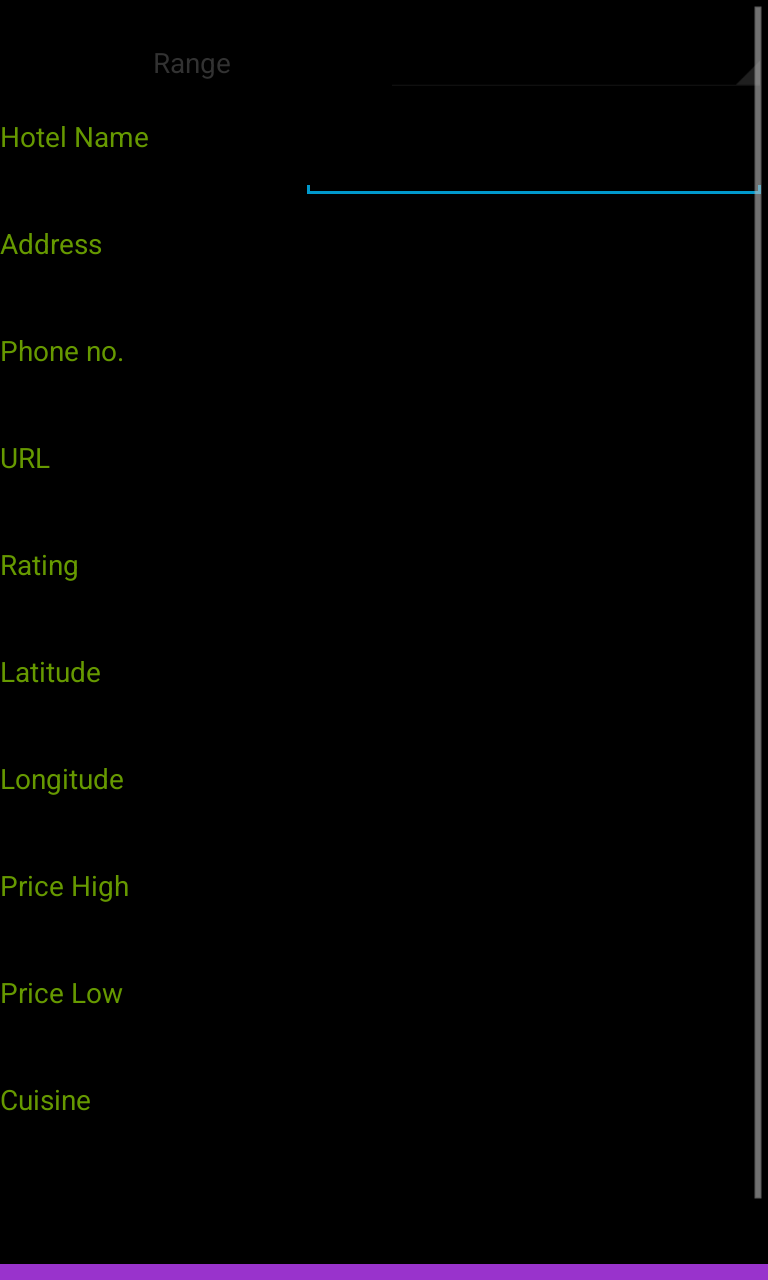
Repository: AungWinnHtut/projAndroid
Layout: com.engineer4myanmar.json.MainActivity/res/layout/activity_admin.xml
These files come from the project's save history. The layout is drawn as it stood at one moment and after the next save; the edit follows.
It is drawn on a 768 x 1280 px phone screen (xhdpi) without system bars, with theme AppTheme; the app's code is not run.

Above is the layout before, as saved 2015-08-26 20:31:53.

### com.engineer4myanmar.json.MainActivity/res/layout/activity_admin.xml
<LinearLayout xmlns:android="http://schemas.android.com/apk/res/android"
    xmlns:tools="http://schemas.android.com/tools"
    android:layout_width="match_parent"
    android:layout_height="match_parent"
    android:background="#000"
    android:orientation="vertical" >

    <ScrollView
        android:id="@+id/scrollView1"
        android:layout_width="match_parent"
        android:layout_height="match_parent" >

        <LinearLayout
            android:layout_width="match_parent"
            android:layout_height="match_parent"
            android:orientation="vertical" >
            <LinearLayout
        android:layout_width="match_parent"
        android:layout_height="wrap_content"
        android:layout_marginTop="15dp"
        android:orientation="horizontal" >

        <TextView
            android:layout_width="0dp"
            android:layout_height="wrap_content"
            android:layout_gravity="center"
            android:layout_weight="1"
            android:gravity="center"
            android:text="Range" />

        <Spinner
            android:id="@+id/spRange"
            android:layout_width="0dp"
            android:layout_height="wrap_content"
            android:layout_gravity="center"
            android:layout_weight="1"
            android:entries="@array/range_arrays"
            android:gravity="center"
            android:prompt="@string/range_prompt" />
    </LinearLayout>

            <LinearLayout
                android:layout_width="match_parent"
                android:layout_height="wrap_content"
                android:orientation="horizontal" >

                <TextView
                    android:id="@+id/textView1"
                    android:layout_width="150dp"
                    android:layout_height="wrap_content"
                    android:text="Hotel Name"
                    android:textColor="#669900" />

                <EditText
                    android:id="@+id/etHotelname"
                    android:layout_width="0dp"
                    android:layout_height="wrap_content"
                    android:layout_marginTop="14dp"
                    android:layout_weight="1"
                    android:ems="10"
                    android:textColor="#ffbb33" >

                    <requestFocus />
                </EditText>
            </LinearLayout>

            <LinearLayout
                android:layout_width="match_parent"
                android:layout_height="wrap_content"
                android:orientation="horizontal" >

                <TextView
                    android:id="@+id/textView2"
                    android:layout_width="150dp"
                    android:layout_height="wrap_content"
                    android:text="Address"
                    android:textColor="#669900" />

                <EditText
                    android:id="@+id/etAddress"
                    android:layout_width="0dp"
                    android:layout_height="wrap_content"
                    android:layout_marginTop="14dp"
                    android:layout_weight="1"
                    android:ems="10"
                    android:textColor="#ffbb33" />
            </LinearLayout>

            <LinearLayout
                android:layout_width="match_parent"
                android:layout_height="wrap_content"
                android:orientation="horizontal" >

                <TextView
                    android:id="@+id/textView3"
                    android:layout_width="150dp"
                    android:layout_height="wrap_content"
                    android:text="Phone no."
                    android:textColor="#669900" />

                <EditText
                    android:id="@+id/etPhone"
                    android:layout_width="0dp"
                    android:layout_height="wrap_content"
                    android:layout_marginTop="14dp"
                    android:layout_weight="1"
                    android:ems="10"
                    android:textColor="#ffbb33" />
            </LinearLayout>

            <LinearLayout
                android:layout_width="match_parent"
                android:layout_height="wrap_content"
                android:orientation="horizontal" >

                <TextView
                    android:id="@+id/textView4"
                    android:layout_width="150dp"
                    android:layout_height="wrap_content"
                    android:text="URL"
                    android:textColor="#669900" />

                <EditText
                    android:id="@+id/etUrl"
                    android:layout_width="0dp"
                    android:layout_height="wrap_content"
                    android:layout_marginTop="14dp"
                    android:layout_weight="1"
                    android:ems="10"
                    android:textColor="#ffbb33" />
            </LinearLayout>

            <LinearLayout
                android:layout_width="match_parent"
                android:layout_height="wrap_content"
                android:orientation="horizontal" >

                <TextView
                    android:id="@+id/textView5"
                    android:layout_width="150dp"
                    android:layout_height="wrap_content"
                    android:text="Rating"
                    android:textColor="#669900" />

                <EditText
                    android:id="@+id/etRating"
                    android:layout_width="0dp"
                    android:layout_height="wrap_content"
                    android:layout_marginTop="14dp"
                    android:layout_weight="1"
                    android:ems="10"
                    android:textColor="#ffbb33" />
            </LinearLayout>

            <LinearLayout
                android:layout_width="match_parent"
                android:layout_height="wrap_content"
                android:orientation="horizontal" >

                <TextView
                    android:id="@+id/textView6"
                    android:layout_width="150dp"
                    android:layout_height="wrap_content"
                    android:text="Latitude"
                    android:textColor="#669900" />

                <EditText
                    android:id="@+id/etLat"
                    android:layout_width="0dp"
                    android:layout_height="wrap_content"
                    android:layout_marginTop="14dp"
                    android:layout_weight="1"
                    android:ems="10"
                    android:textColor="#ffbb33" />
            </LinearLayout>

            <LinearLayout
                android:layout_width="match_parent"
                android:layout_height="wrap_content"
                android:orientation="horizontal" >

                <TextView
                    android:id="@+id/textView7"
                    android:layout_width="150dp"
                    android:layout_height="wrap_content"
                    android:text="Longitude"
                    android:textColor="#669900" />

                <EditText
                    android:id="@+id/etLng"
                    android:layout_width="0dp"
                    android:layout_height="wrap_content"
                    android:layout_marginTop="14dp"
                    android:layout_weight="1"
                    android:ems="10"
                    android:textColor="#ffbb33" />
            </LinearLayout>

            <LinearLayout
                android:layout_width="match_parent"
                android:layout_height="wrap_content"
                android:orientation="horizontal" >

                <TextView
                    android:id="@+id/textView10"
                    android:layout_width="150dp"
                    android:layout_height="wrap_content"
                    android:text="Price High"
                    android:textColor="#669900" />

                <EditText
                    android:id="@+id/etP2"
                    android:layout_width="0dp"
                    android:layout_height="wrap_content"
                    android:layout_marginTop="14dp"
                    android:layout_weight="1"
                    android:ems="10"
                    android:textColor="#ffbb33" />
            </LinearLayout>

            <LinearLayout
                android:layout_width="match_parent"
                android:layout_height="wrap_content"
                android:orientation="horizontal" >

                <TextView
                    android:id="@+id/textView8"
                    android:layout_width="150dp"
                    android:layout_height="wrap_content"
                    android:text="Price Low"
                    android:textColor="#669900" />

                <EditText
                    android:id="@+id/etP1"
                    android:layout_width="0dp"
                    android:layout_height="wrap_content"
                    android:layout_marginTop="14dp"
                    android:layout_weight="1"
                    android:ems="10"
                    android:textColor="#ffbb33" />
            </LinearLayout>

            <LinearLayout
                android:layout_width="match_parent"
                android:layout_height="wrap_content"
                android:orientation="horizontal" >

                <TextView
                    android:id="@+id/textView9"
                    android:layout_width="150dp"
                    android:layout_height="wrap_content"
                    android:text="Cuisine"
                    android:textColor="#669900" />

                <EditText
                    android:id="@+id/etCuisine"
                    android:layout_width="0dp"
                    android:layout_height="wrap_content"
                    android:layout_marginTop="14dp"
                    android:layout_weight="1"
                    android:ems="10"
                    android:textColor="#ffbb33" />
            </LinearLayout>

            <LinearLayout
                android:layout_width="match_parent"
                android:layout_height="wrap_content"
                android:layout_marginTop="50dp"
                android:orientation="horizontal" >

                <Button
                    android:layout_width="match_parent"
                    android:layout_height="wrap_content"
                    android:background="#9933cc"
                    android:onClick="funRegister"
                    android:text="Add" />
            </LinearLayout>
        </LinearLayout>
    </ScrollView>

</LinearLayout>

### com.engineer4myanmar.json.MainActivity/res/values/strings.xml
<resources>

    <string name="app_name">ExcellentService</string>
    <string name="hello_world">Hello world!</string>
    <string name="menu_settings">Settings</string>
    <string name="title_activity_main">ExcellentService</string>
    <string name="title_activity_services_menu">ExcellentService</string>
    <string name="title_activity_register">ExcellentService</string>
    <string name="title_activity_welcome">WelcomeActivity</string>
    <string name="title_activity_search">SearchActivity</string>
    <string name="services_prompt">Hotel</string>
    <string name="rating_prompt">1</string>
    <string name="cuisine_prompt">Chinese</string>
    <string name="range_prompt">1 km</string>

    <string-array name="services_arrays">
        <item>Hotel</item>
        <item>Bank</item>
        <item>Restaurant</item>
        <item>Hospital</item>
    </string-array>
    <string-array name="ratings_arrays">
        <item>1</item>
        <item>2</item>
        <item>3</item>
        <item>4</item>
        <item>5</item>
    </string-array>
    <string-array name="cuisine_arrays">
        <item>Chinese</item>
        <item>Thai</item>
        <item>Burmese</item>
        <item>Japanese</item>
    </string-array>
    <string-array name="range_arrays">
        <item>1 km</item>
        <item>2 km</item>
        <item>3 km</item>
        <item>4 km</item>
        <item>5 km</item>
    </string-array>

    <string name="title_activity_admin">AdminActivity</string>

</resources>

Loaded but not shown: com.engineer4myanmar.json.MainActivity/res/values-v11/styles.xml (common file); com.engineer4myanmar.json.MainActivity/res/values-v14/styles.xml (common file); com.engineer4myanmar.json.MainActivity/res/values/styles.xml (common file)

After the next save:
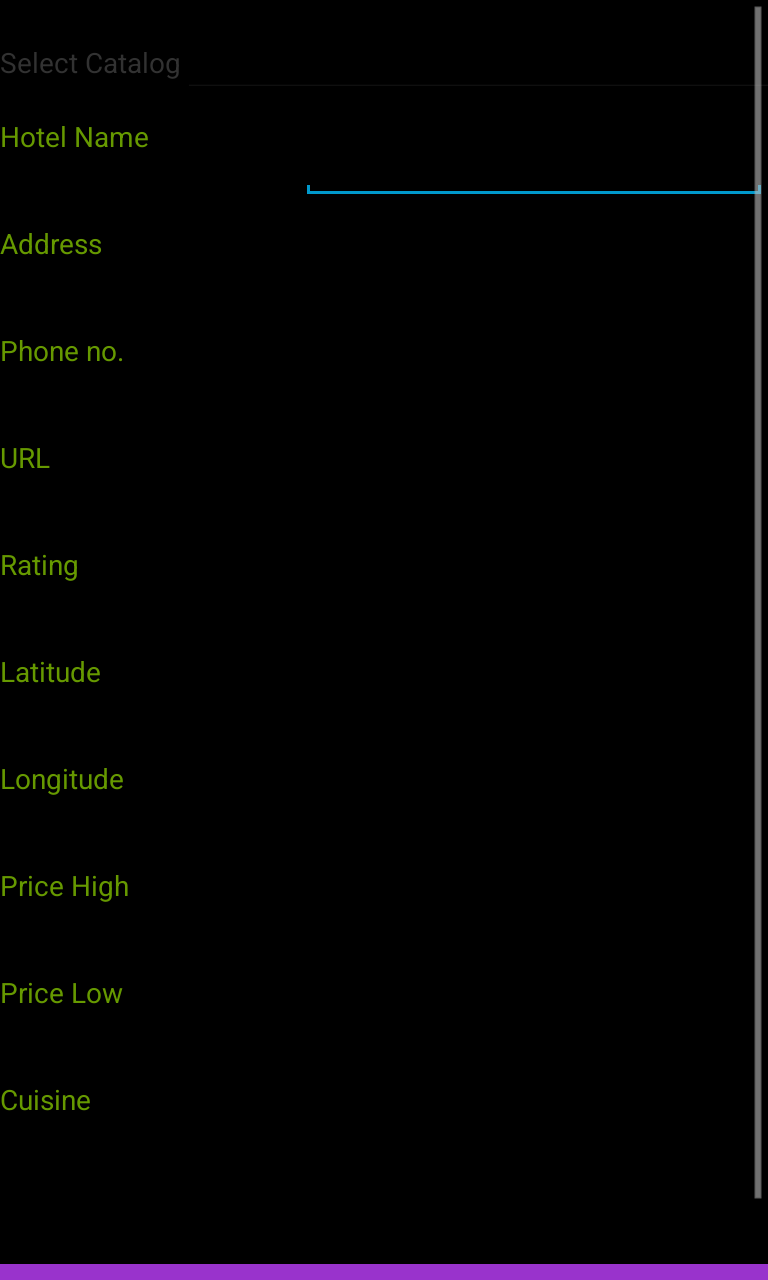
Saved 87 s later.
--- a/com.engineer4myanmar.json.MainActivity/res/layout/activity_admin.xml
+++ b/com.engineer4myanmar.json.MainActivity/res/layout/activity_admin.xml
@@ -26,17 +26,16 @@
             android:layout_gravity="center"
             android:layout_weight="1"
             android:gravity="center"
-            android:text="Range" />
-
-        <Spinner
-            android:id="@+id/spRange"
-            android:layout_width="0dp"
+            android:text="Select Catalog" />
+
+         <Spinner
+            android:id="@+id/spCatalog"
+            android:layout_width="match_parent"
             android:layout_height="wrap_content"
             android:layout_gravity="center"
-            android:layout_weight="1"
-            android:entries="@array/range_arrays"
+            android:entries="@array/services_arrays"
             android:gravity="center"
-            android:prompt="@string/range_prompt" />
+            android:prompt="@string/services_prompt" />
     </LinearLayout>
 
             <LinearLayout
